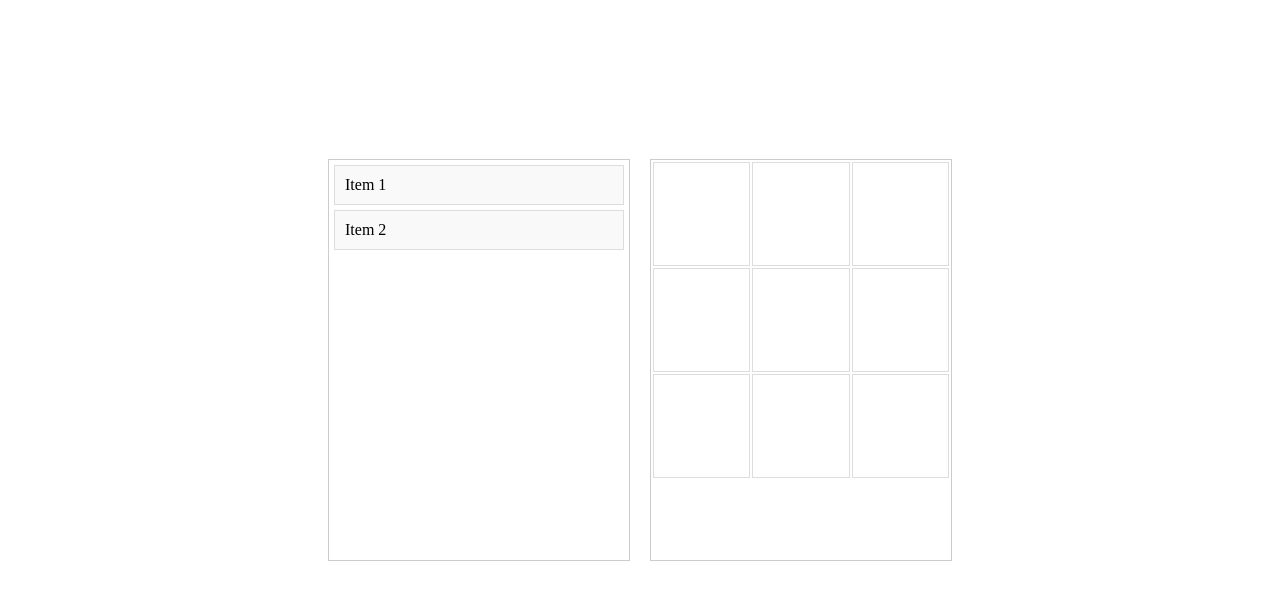
Repository: ZakariaZhlat125/test-rar-it
Page: index.html
The author's editor kept a copy of each file at every save. The page is drawn from the files as they stood at one save, then again after the next save.
The browser window is 1280 px wide. The pictures show the whole page.

Above is the page before, as saved 2024-02-29 23:28:01.

After the next save:
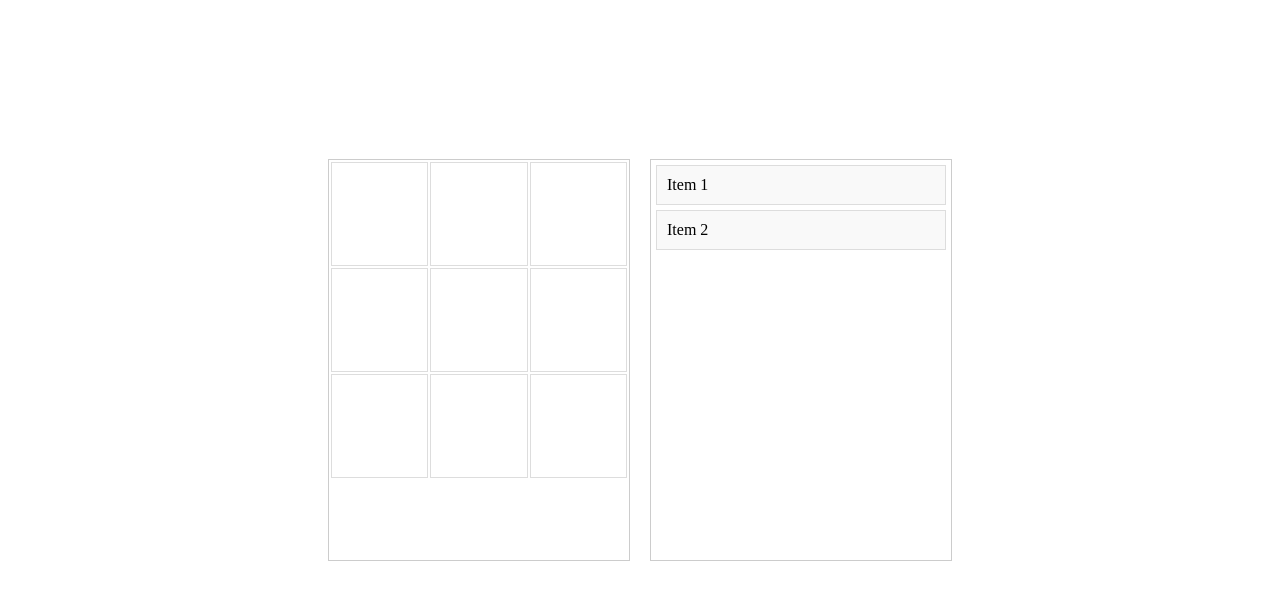
Saved 27 s later.
--- a/index.html
+++ b/index.html
@@ -8,11 +8,7 @@
 </head>
 <body>
     <div class='big-continer' id="container">
-        <div id="left-container" class="container">
-            <div class="draggable" draggable="true" id="drag1">Item 1</div>
-            <div class="draggable" draggable="true" id="drag2">Item 2</div>
-            <!-- Add more draggable items as needed -->
-        </div>
+
         <div id="right-container" class="container" ondrop="drop(event)" ondragover="allowDrop(event)">
             <!-- Drop area on the right side -->
             <table id="data-table">
@@ -33,6 +29,11 @@
                 </tr>
             </table>
         </div>
+        <div id="left-container" class="container">
+            <div class="draggable" draggable="true" id="drag1">Item 1</div>
+            <div class="draggable" draggable="true" id="drag2">Item 2</div>
+            <!-- Add more draggable items as needed -->
+        </div>
     </div>
 </body>
 </html>
